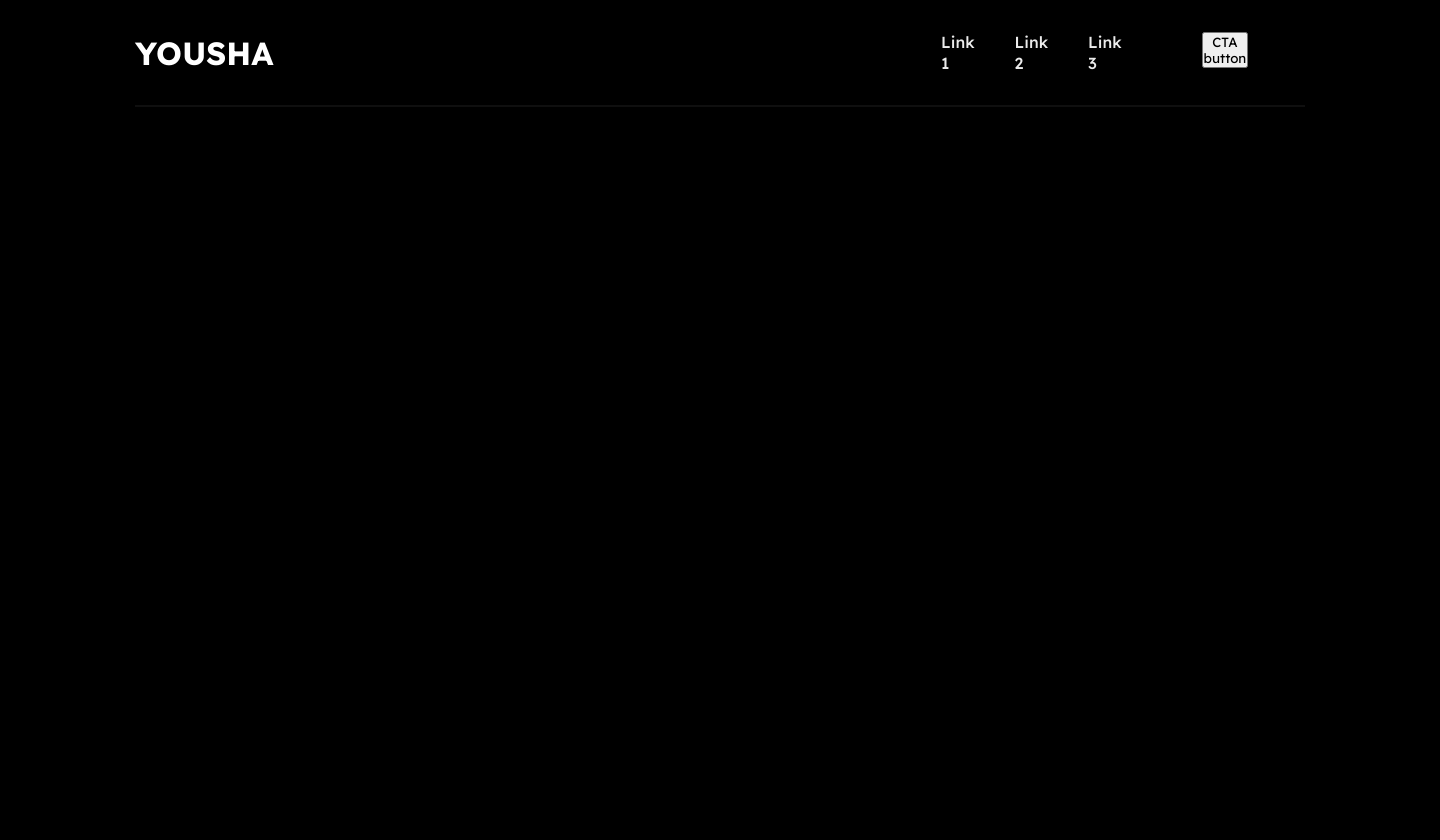
Repository: sSoRaK/web-cut-by-figma_train
Page: bai04/index.html
The author's editor kept a copy of each file at every save. The page is drawn from the files as they stood at one save, then again after the next save.
The browser window is 1280 px wide. The page is 1440 px wide, so the pictures cover 1440 px, including what lies to the right of the window. The pictures show the whole page.

Above is the page before, as saved 2023-05-31 20:47:50.

### bai04/index.html
<!DOCTYPE html>
<html lang="en">
  <head>
    <meta charset="UTF-8" />
    <meta http-equiv="X-UA-Compatible" content="IE=edge" />
    <meta name="viewport" content="width=device-width, initial-scale=1.0" />
    <title>Yousha</title>
    <link rel="stylesheet" href="./style.css" />
    <link rel="preconnect" href="https://fonts.googleapis.com" />
    <link rel="preconnect" href="https://fonts.gstatic.com" crossorigin />
    <link
      href="https://fonts.googleapis.com/css2?family=Readex+Pro:wght@200;300;400;500;600;700&display=swap"
      rel="stylesheet"
    />
    <link
      rel="stylesheet"
      href="https://cdnjs.cloudflare.com/ajax/libs/font-awesome/6.4.0/css/all.min.css"
      integrity="sha512-iecdLmaskl7CVkqkXNQ/ZH/XLlvWZOJyj7Yy7tcenmpD1ypASozpmT/E0iPtmFIB46ZmdtAc9eNBvH0H/ZpiBw=="
      crossorigin="anonymous"
      referrerpolicy="no-referrer"
    />
  </head>
  <body>
    <div class="container">
      <header>
        <div class="header-logo">
          <h1>YOUSHA</h1>
        </div>
        <nav>
          <ul>
            <li><a href="#">Link 1</a></li>
            <li><a href="#">Link 2</a></li>
            <li><a href="#">Link 3</a></li>
          </ul>
          <div class="btn-cta">
            <button>CTA button</button>
          </div>
        </nav>
        <div class="header-line"></div>
      </header>
    </div>
  </body>
</html>

### bai04/style.css
* {
  margin: 0;
  padding: 0;
  box-sizing: border-box;
  font-family: "Readex Pro", sans-serif;
  list-style: none;
  text-decoration: none;
}
.container {
  width: 1440px;
  height: 840px;
  background-color: #000;
  margin: 0 auto;
}
header {
  width: 1170px;
  height: 107px;
  display: flex;
  justify-content: space-between;
  align-items: center;
  margin: 0 135px;
  border-bottom: 2px solid rgba(255, 255, 255, 0.06);
  gap: 667.5px;
}
nav ul {
  display: flex;
  gap: 40px;
}
nav {
  display: flex;
  gap: 40px;
}
.header-logo {
  color: #fff;
  font-weight: 500;
}
ul li a {
  font-weight: 500;
  font-size: 16px;
  line-height: 120%;
  color: rgba(255, 255, 255, 0.92);
}
.btn-cta {
  margin-left: 40px;
}

After the next save:
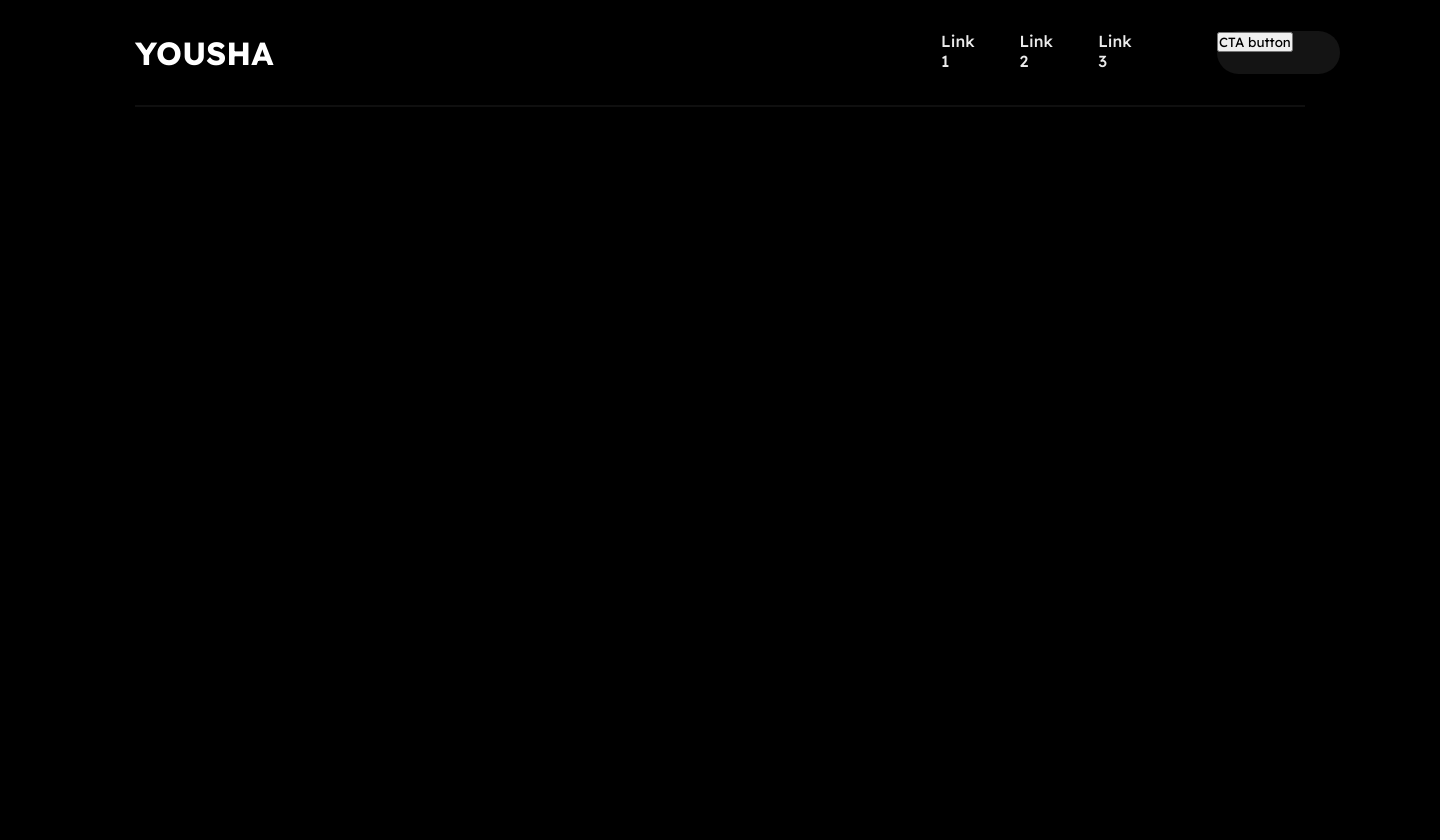
Saved 32 s later.
--- a/bai04/style.css
+++ b/bai04/style.css
@@ -42,4 +42,8 @@
 }
 .btn-cta {
   margin-left: 40px;
+  width: 138px;
+  height: 43px;
+  background: rgba(255, 255, 255, 0.08);
+  border-radius: 56px;
 }
